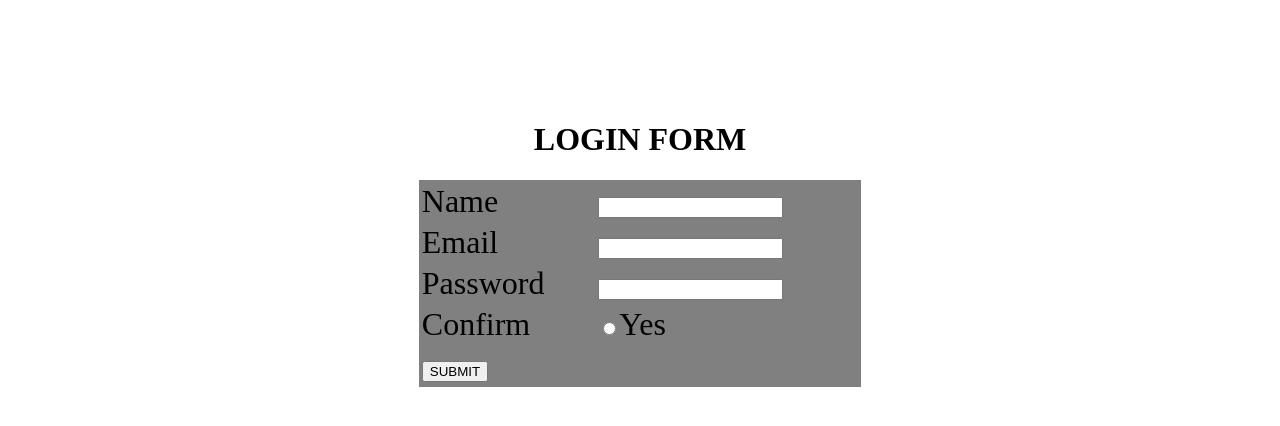
Repository: obusakthi539/Loginform
Page: Login.html
These files come from the project's save history. The page is drawn as it stood at one moment and after a run of saves; the edit follows.
The browser window is 1280 px wide. The pictures show the whole page.

Above is the page before, as saved 2025-01-10 18:11:13.

### Login.html
<!DOCTYPE html>
<html lang="en">
<head>
    <meta charset="UTF-8">
    <meta name="viewport" content="width=device-width, initial-scale=1.0">
    <title>Document</title>
    <style>
        body{
             display: flex;
             flex-direction:column;
             align-items: center;
             justify-content: center;
             margin-top: 100px;
        }
        .a{
            background-color:gray;
            font-size: xx-large;
            width: 35%;
            display: flex;
           flex-direction: column;

        }
    </style>
</head>
<body>

    <h1>LOGIN FORM</h1>
    <div class="a">
        <form action=""></form>
        <table>
            <tr>
                <td> <label for="">Name</label></td>
                <td><input type="text"></td>
            </tr>
            <tr>
                <td><label for="">Email</label></td>
                <td><input type="email"></td>
            </tr>
            <tr>
                <td> <label for="">Password</label></td>
                <td><input type="password"></td>
            </tr>
            <tr>
                <td> <label for="">Confirm</label></td>
                <td radio><input type="radio">Yes</td>
            </tr>
            <tr>
                <td><button>SUBMIT</button></td>
            </tr>
        </table>
    </div>
</body>
</html>

After the next 6 saves:
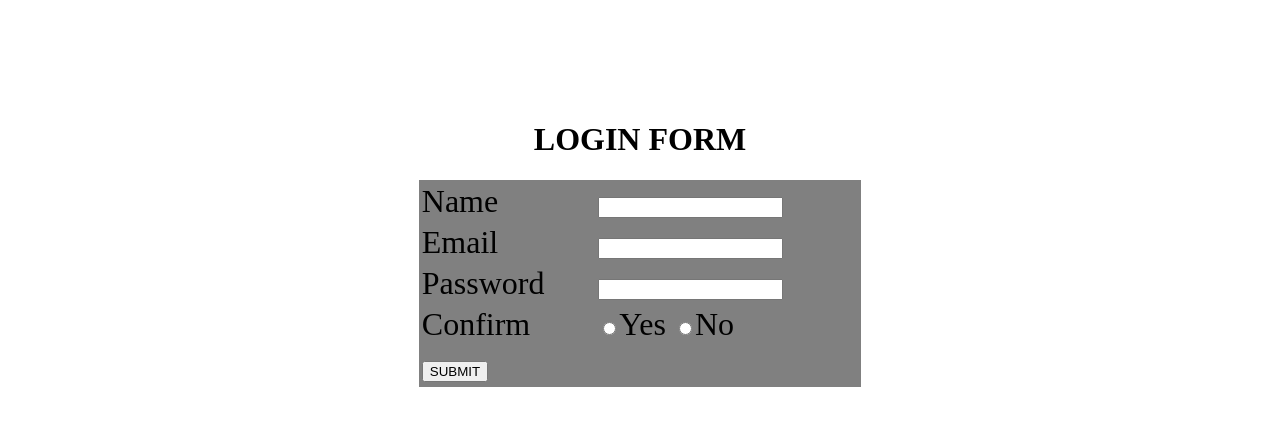
The 6 saves are shown as one change because they came seconds apart.
The last was saved 17 s later.
--- a/Login.html
+++ b/Login.html
@@ -42,7 +42,7 @@
             </tr>
             <tr>
                 <td> <label for="">Confirm</label></td>
-                <td radio><input type="radio">Yes</td>
+                <td radio><input type="radio">Yes <input type="radio">No</td>
             </tr>
             <tr>
                 <td><button>SUBMIT</button></td>
